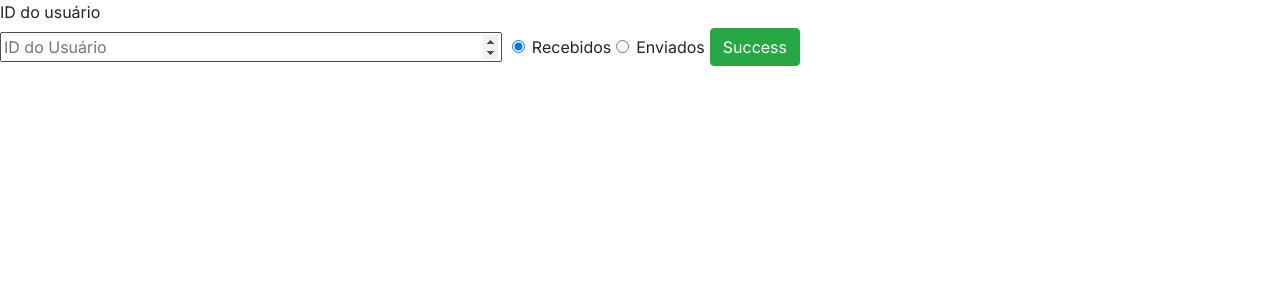
Repository: mateusilva8/tarefa-pix
Page: frontend/index.html
The author's editor kept a copy of each file at every save. The page is drawn from the files as they stood at one save, then again after the next save.
The browser window is 1280 px wide. The pictures show the whole page.

Above is the page before, as saved 2023-10-21 19:33:42.

### frontend/index.html
<!DOCTYPE html>
<html lang="pt-BR">
<head>
  <meta charset="UTF-8">
  <meta name="viewport" content="width=device-width, initial-scale=1.0">
  <title>CRIE_TI PIX</title>
  <link rel="stylesheet" href="./css/index.css">
  <link rel="preconnect" href="https://fonts.googleapis.com">
  <link rel="preconnect" href="https://fonts.gstatic.com" crossorigin>
  <link rel="stylesheet" href="https://stackpath.bootstrapcdn.com/bootstrap/4.1.3/css/bootstrap.min.css" integrity="sha384-MCw98/SFnGE8fJT3GXwEOngsV7Zt27NXFoaoApmYm81iuXoPkFOJwJ8ERdknLPMO" crossorigin="anonymous">
  <link href="https://fonts.googleapis.com/css2?family=Inter:wght@400;700&display=swap" rel="stylesheet">
</head>
<body>
  <div class="formulario">
    <label for="id">ID do usuário</label>
    <div class="formulario-body">
      <input class="idInput" type="number" placeholder="ID do Usuário" id="id"></input>
      <div class="formulario-select">
        <div class="form-check">
          <input class="form-check-input" type="radio" name="exampleRadios" id="exampleRadios1" value="opcao1" checked>
          <label class="form-check-label" for="exampleRadios1">
            Recebidos
          </label>
        </div>
        <div class="form-check">
          <input class="form-check-input" type="radio" name="exampleRadios" id="exampleRadios2" value="opcao2">
          <label class="form-check-label" for="exampleRadios2">
            Enviados
          </label>
        </div>
        <button type="button" class="btn btn-success">Success</button>

      </div>
    </div>
  </div>


  <script src="https://code.jquery.com/jquery-3.3.1.slim.min.js" integrity="sha384-q8i/X+965DzO0rT7abK41JStQIAqVgRVzpbzo5smXKp4YfRvH+8abtTE1Pi6jizo" crossorigin="anonymous"></script>
  <script src="https://cdnjs.cloudflare.com/ajax/libs/popper.js/1.14.3/umd/popper.min.js" integrity="sha384-ZMP7rVo3mIykV+2+9J3UJ46jBk0WLaUAdn689aCwoqbBJiSnjAK/l8WvCWPIPm49" crossorigin="anonymous"></script>
  <script src="https://stackpath.bootstrapcdn.com/bootstrap/4.1.3/js/bootstrap.min.js" integrity="sha384-ChfqqxuZUCnJSK3+MXmPNIyE6ZbWh2IMqE241rYiqJxyMiZ6OW/JmZQ5stwEULTy" crossorigin="anonymous"></script>
</body>
</html>

### frontend/css/index.css
* {
    font-family: 'Inter', sans-serif;
}

.formulario {
    display: flex;
    flex-direction: column;
    width: 100%;
    font-size: 1rem;

}

.formulario-body {
    display: flex;
    flex-direction: row;
    width: 800px;
    height: 30px;
    justify-content: space-between;
    align-items: center;
    gap: 10px;
}

.formulario-select {
    display: flex;
    flex-direction: row;
    gap: 5px;
    align-items: center;

}

.idInput {
    width: 800px;
}

After the next save:
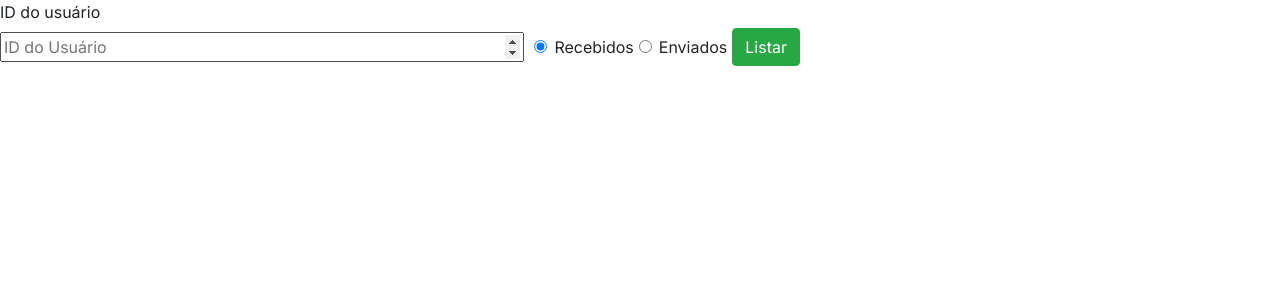
Saved 21 s later.
--- a/frontend/index.html
+++ b/frontend/index.html
@@ -28,7 +28,7 @@
             Enviados
           </label>
         </div>
-        <button type="button" class="btn btn-success">Success</button>
+        <button type="button" class="btn btn-success">Listar</button>
 
       </div>
     </div>
